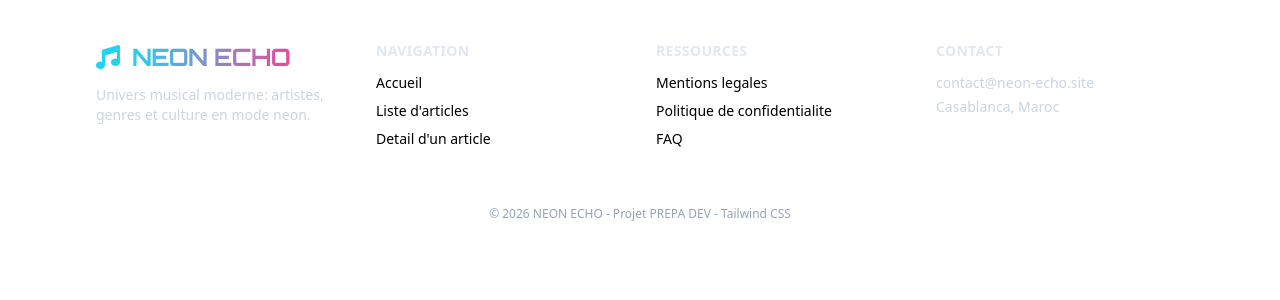
Repository: killerange7-lang/Projet-Tailwind-2026
Page: copie.html
These files come from the project's save history. The page is drawn as it stood at one moment and after the next save; the edit follows.
The browser window is 1280 px wide. The pictures show the whole page.
Some web libraries are served in a nearby version.

Above is the page before, as saved 2026-04-19 12:47:32.

After the next save:
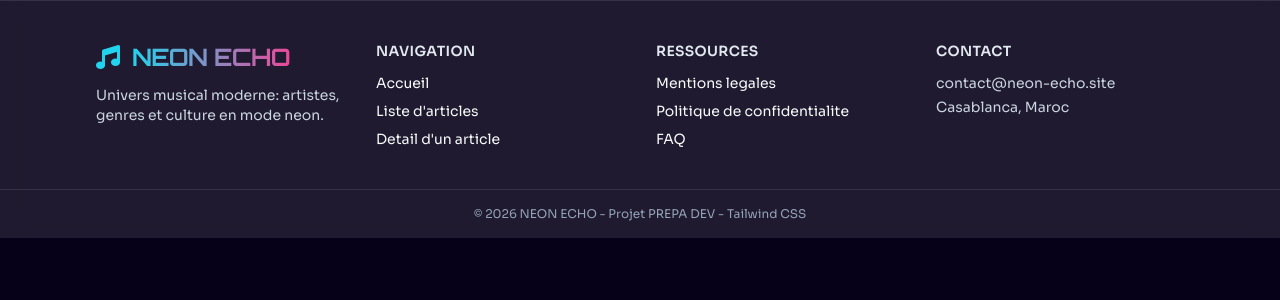
Saved 20 s later.
--- a/copie.html
+++ b/copie.html
@@ -12,7 +12,6 @@
 
   <script src="https://cdn.tailwindcss.com"></script>
   <link rel="stylesheet" href="https://cdnjs.cloudflare.com/ajax/libs/font-awesome/6.6.0/css/all.min.css" />
-
   <script>
     tailwind.config = {
       darkMode: 'class',
@@ -45,6 +44,9 @@
       }
     };
   </script>
+   <style>
+    body { background: #070019; color: #f8fafc; font-family: 'Sora', sans-serif; }
+  </style>
    <footer class="border-t border-white/10 bg-white/10 backdrop-blur-md">
       <div class="mx-auto grid max-w-6xl gap-8 px-4 py-10 sm:px-6 md:grid-cols-2 lg:grid-cols-4 lg:px-8">
         <div>
